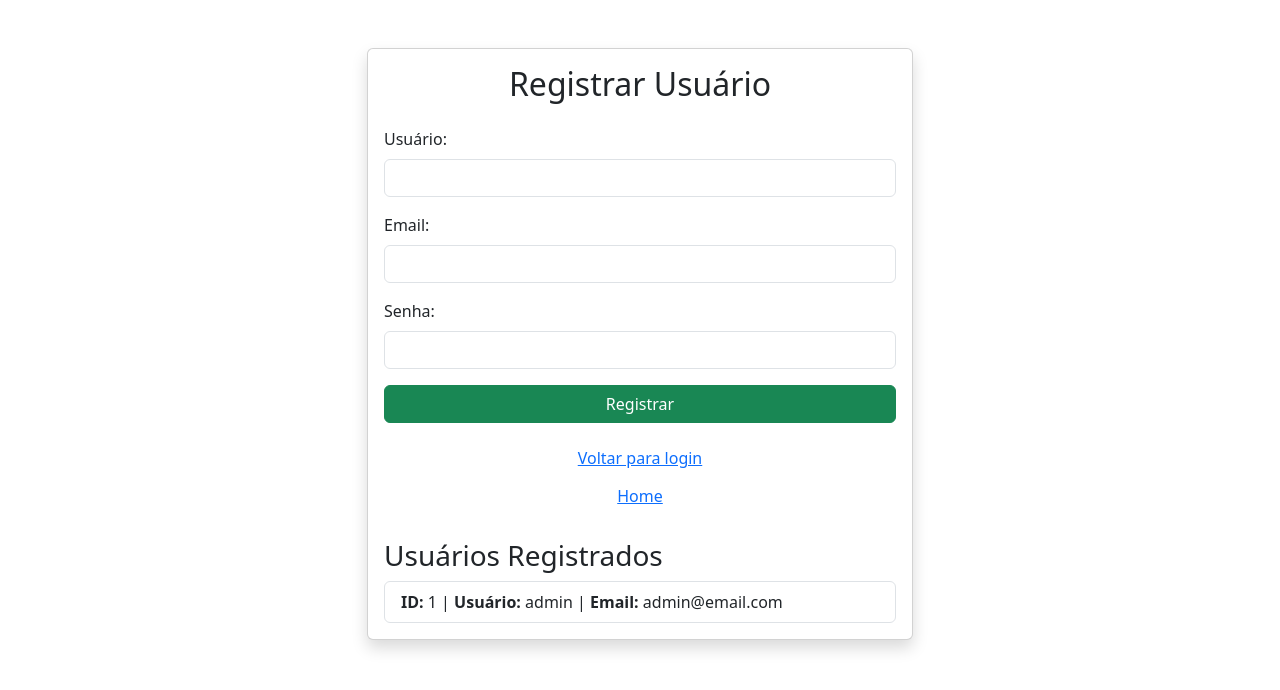
Repository: MuriloColleti/Project-vue
Page: /register
The author's editor kept a copy of each file at every save. The page is drawn from the files as they stood at one save, then again after a run of saves.
The browser window is 1280 px wide. The pictures show the whole page.
The project was rebuilt for these pictures with package versions that can differ from the ones it lists, and the page was loaded fresh each time. Also part of the build but not shown: vite.config.js, src/pages/Home.vue, src/pages/Login.vue.

Above is the page before, as saved 2025-09-20 17:21:01.

### index.html
<!DOCTYPE html>
<html lang="">
  <head>
    <meta charset="UTF-8">
    <link rel="icon" href="/favicon.ico">
    <meta name="viewport" content="width=device-width, initial-scale=1.0">
    <title>Vite App</title>
  </head>
  <body>
    <div id="app">z</div>
    <script type="module" src="/src/main.js"></script>
  </body>
</html>

### src/main.js
import { createApp } from 'vue'
import App from './App.vue'
import router from './router'

import 'bootstrap/dist/css/bootstrap.min.css' // Importa o CSS
import 'bootstrap/dist/js/bootstrap.min.js'

const app = createApp(App)

app.use(router)

app.mount('#app')

### src/App.vue
<template>
  <router-view />
</template>

<script setup>
// Layout principal apenas exibe o conteúdo das rotas
</script>

<style scoped>
body {
  background: #f5f5f5;
}
</style>

### src/router/index.js
import { createRouter, createWebHistory } from 'vue-router'

import Home from '../pages/Home.vue'
import Login from '../pages/Login.vue'
import Register from '../pages/Register.vue'

const router = createRouter({
  history: createWebHistory(import.meta.env.BASE_URL),
  routes: [
    {
      path: '/',
      name: 'HomePage',
      component: Home,
    },
    {
      path: '/login',
      name: 'LoginPage',
      component: Login,
    },
    {
      path: '/register',
      name: 'RegisterPage',
      component: Register,
    },
  ],
})

export default router

### src/pages/Register.vue
<template>
  <div class="container mt-5">
    <div class="row justify-content-center">
      <div class="col-md-6">
        <div class="card shadow">
          <div class="card-body">
            <h2 class="card-title text-center mb-4">Registrar Usuário</h2>
            <form @submit.prevent="handleRegister">
              <div class="mb-3">
                <label for="newUsername" class="form-label">Usuário:</label>
                <input
                  type="text"
                  id="newUsername"
                  v-model="newUsername"
                  required
                  class="form-control"
                />
              </div>
              <div class="mb-3">
                <label for="newEmail" class="form-label">Email:</label>
                <input
                  type="email"
                  id="newEmail"
                  v-model="newEmail"
                  required
                  class="form-control"
                />
              </div>
              <div class="mb-3">
                <label for="newPassword" class="form-label">Senha:</label>
                <input
                  type="password"
                  id="newPassword"
                  v-model="newPassword"
                  required
                  class="form-control"
                />
              </div>
              <button type="submit" class="btn btn-success w-100">Registrar</button>
            </form>
            <div v-if="registerError" class="alert alert-danger mt-3">{{ registerError }}</div>
            <div v-if="registerSuccess" class="alert alert-success mt-3">{{ registerSuccess }}</div>
            <router-link to="/login" class="btn btn-link w-100 mt-3">Voltar para login</router-link>
            <router-link to="/" class="btn btn-link w-100">Home</router-link>
            <h3 class="mt-4">Usuários Registrados</h3>
            <ul class="list-group">
              <li v-for="user in users" :key="user.id" class="list-group-item">
                <strong>ID:</strong> {{ user.id }} | <strong>Usuário:</strong> {{ user.username }} |
                <strong>Email:</strong> {{ user.email }}
              </li>
            </ul>
          </div>
        </div>
      </div>
    </div>
  </div>
</template>

<script setup>
import { ref, onMounted } from 'vue'
import { useRouter } from 'vue-router'

const users = ref([])
let nextId = ref(1)

const newUsername = ref('')
const newEmail = ref('')
const newPassword = ref('')
const registerError = ref('')
const registerSuccess = ref('')
const router = useRouter()

function loadUsers() {
  const saved = localStorage.getItem('users')
  if (saved) {
    users.value = JSON.parse(saved)
    nextId.value = users.value.length > 0 ? Math.max(...users.value.map((u) => u.id)) + 1 : 1
  } else {
    users.value = [{ id: 1, username: 'admin', email: 'admin@email.com', password: '1234' }]
    nextId.value = 2
    localStorage.setItem('users', JSON.stringify(users.value))
  }
}

onMounted(loadUsers)

function handleRegister() {
  if (!newUsername.value || !newEmail.value || !newPassword.value) {
    registerError.value = 'Preencha todos os campos.'
    registerSuccess.value = ''
    return
  }
  if (users.value.some((u) => u.username === newUsername.value)) {
    registerError.value = 'Usuário já existe.'
    registerSuccess.value = ''
    return
  }
  users.value.push({
    id: nextId.value++,
    username: newUsername.value,
    email: newEmail.value,
    password: newPassword.value,
  })
  localStorage.setItem('users', JSON.stringify(users.value))
  registerSuccess.value = `Bem-vindo, ${newUsername.value}! Usuário registrado com sucesso.`
  registerError.value = ''
  setTimeout(() => {
    router.push('/login')
  }, 1500)
  newUsername.value = ''
  newEmail.value = ''
  newPassword.value = ''
}
</script>

<style scoped></style>

After the next 3 saves:
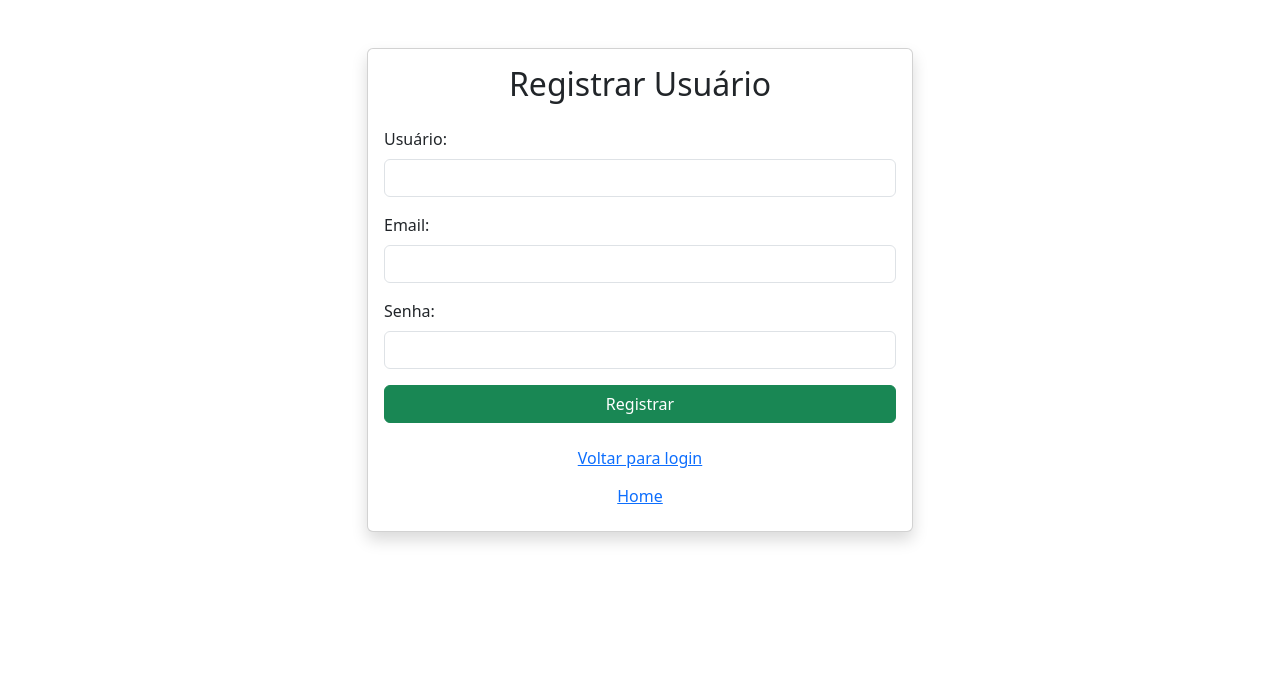
The 3 saves are shown as one change because they came seconds apart.
The last was saved 71 s later.
--- a/src/pages/Register.vue
+++ b/src/pages/Register.vue
@@ -42,13 +42,6 @@
             <div v-if="registerSuccess" class="alert alert-success mt-3">{{ registerSuccess }}</div>
             <router-link to="/login" class="btn btn-link w-100 mt-3">Voltar para login</router-link>
             <router-link to="/" class="btn btn-link w-100">Home</router-link>
-            <h3 class="mt-4">Usuários Registrados</h3>
-            <ul class="list-group">
-              <li v-for="user in users" :key="user.id" class="list-group-item">
-                <strong>ID:</strong> {{ user.id }} | <strong>Usuário:</strong> {{ user.username }} |
-                <strong>Email:</strong> {{ user.email }}
-              </li>
-            </ul>
           </div>
         </div>
       </div>
